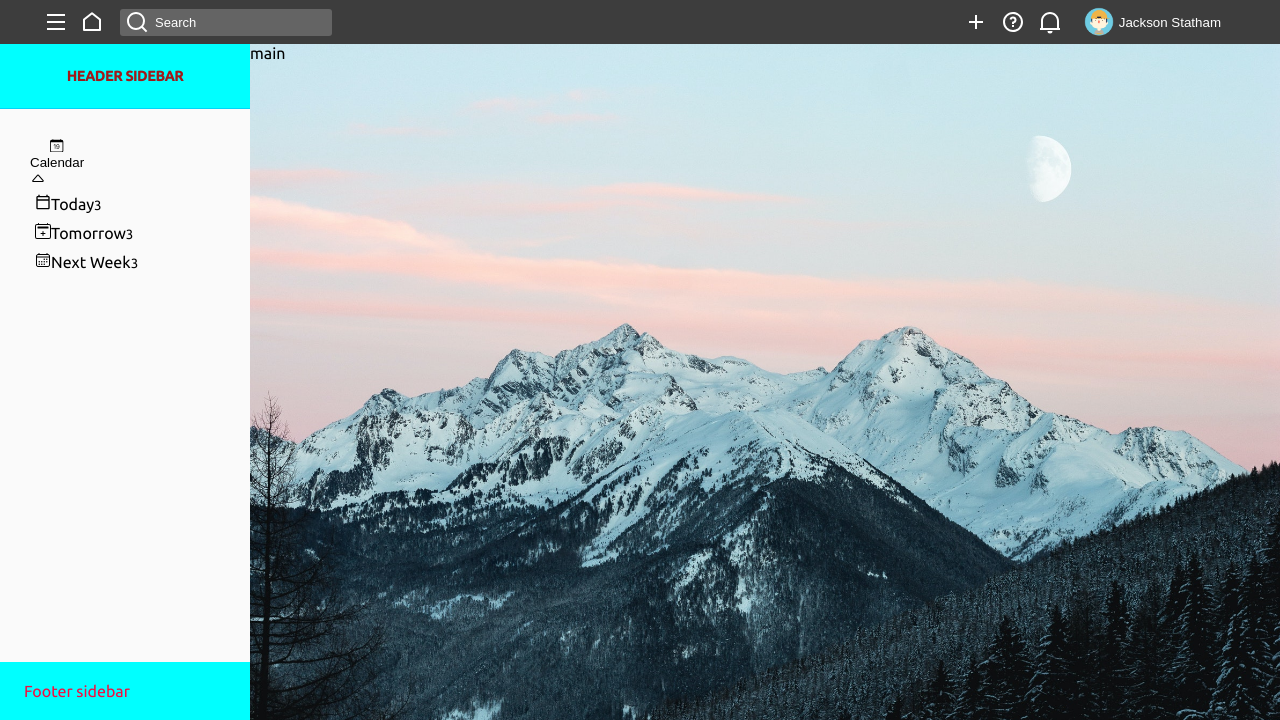
Repository: huuthe1999/to-do-list
Page: /
The author's editor kept a copy of each file at every save. The page is drawn from the files as they stood at one save, then again after the next save.
The browser window is 1280 px wide. The pictures show the whole page.
The project was rebuilt for these pictures with package versions that can differ from the ones it lists, and the page was loaded fresh each time. Also part of the build but not shown: src/components/form/addForm/addForm.scss, src/components/form/addForm/AddForm.js, src/components/modal/modal.scss, src/components/modal/Modal.js.

Above is the page before, as saved 2022-02-17 14:18:42.

After the next save:
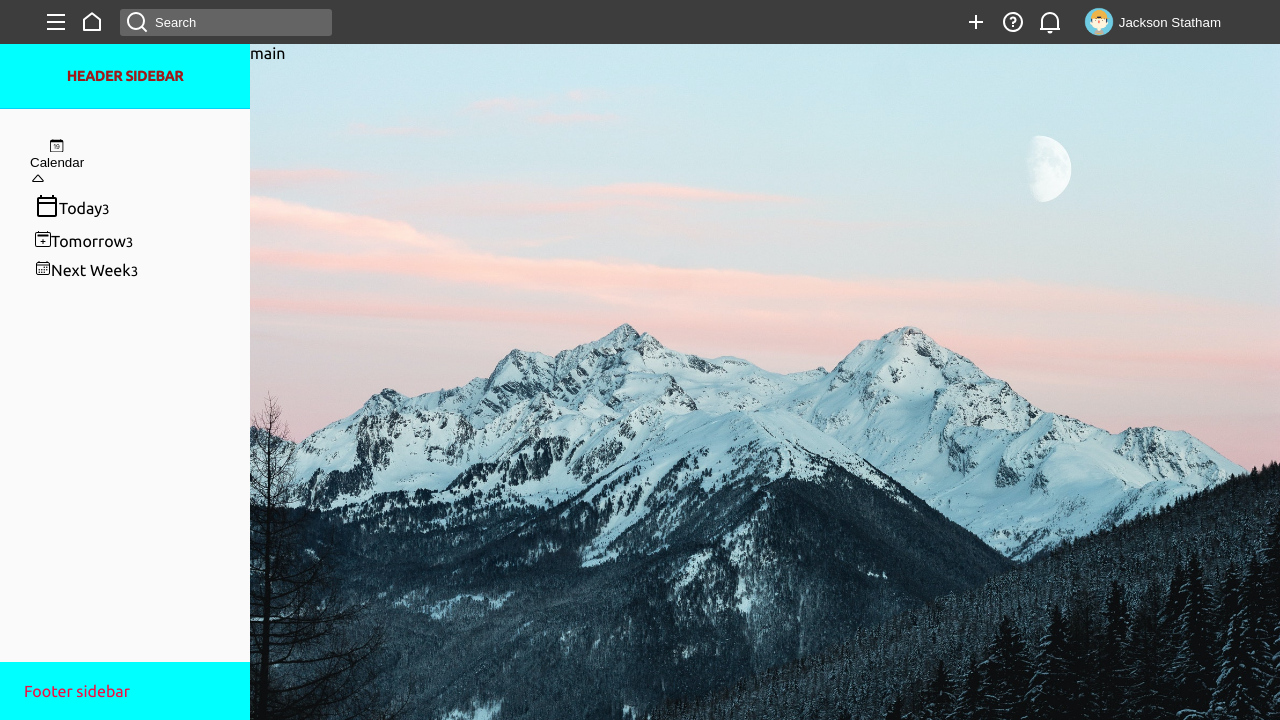
Saved 53 s later.
--- a/src/components/calendar/Calendar.js
+++ b/src/components/calendar/Calendar.js
@@ -4,7 +4,7 @@ import { IoCalendarOutline } from 'react-icons/io5';
 import CalendarItem from './calendarItem/CalendarItem';
 import { MdOutlineCalendarToday } from 'react-icons/md';
 const calendarList = [
-	{ id: 1, name: 'Today', icon: <MdOutlineCalendarToday /> },
+	{ id: 1, name: 'Today', icon: <MdOutlineCalendarToday size='24px' /> },
 	{ id: 2, name: 'Tomorrow', icon: <BsCalendar2Plus /> },
 	{ id: 3, name: 'Next Week', icon: <IoCalendarOutline /> },
 ];
